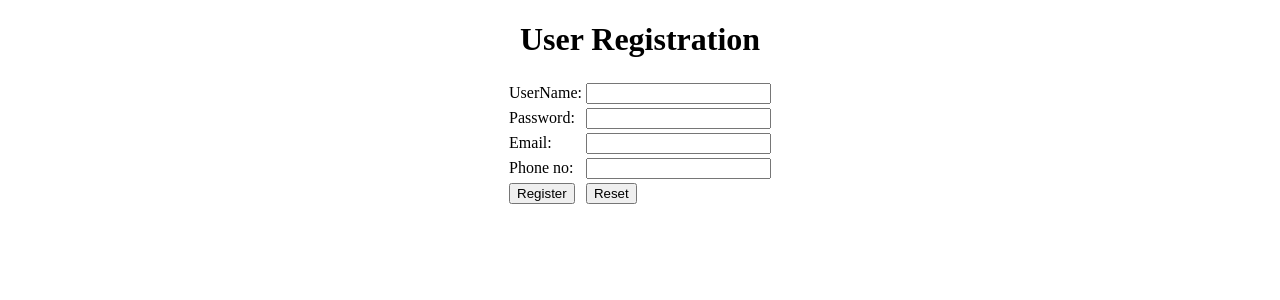
Repository: devalogi/login
Page: http://localhost/Registration/registration.jsp
An editor plug-in stored every save of this project. The page is shown before and after the next save, followed by the edit.
The browser window is 1280 px wide. The pictures show the whole page.
The page is served by Tomcat 9. Other server files are loaded and not shown.

Above is the page before, as saved 2023-09-29 15:20:11.

### Registration/src/main/webapp/registration.jsp
<%@ page language="java" contentType="text/html; charset=ISO-8859-1"
    pageEncoding="ISO-8859-1"%>
<!DOCTYPE html>
<html>
<head>
<meta charset="ISO-8859-1">
<title>Insert title here</title>
</head>
<body>
<div align=center>
<h1>User Registration</h1>
<form action=register method=post>
<table>
<tr><td>UserName:</td><td><input type="text" name="username"/></td></tr>
<tr><td>Password:</td><td><input type="password" name="userpass"/> </td></tr>
<tr><td>Email:</td><td><input type="password" name="email"/> </td></tr>
<tr><td>Phone no:</td><td><input type="password" name="phone no"/> </td></tr>
<tr><td><input type="submit" value="Register"/></td><td><input type="reset"></td></tr>
</table>
</form>
</div>
</body>
</html>

After the next save:
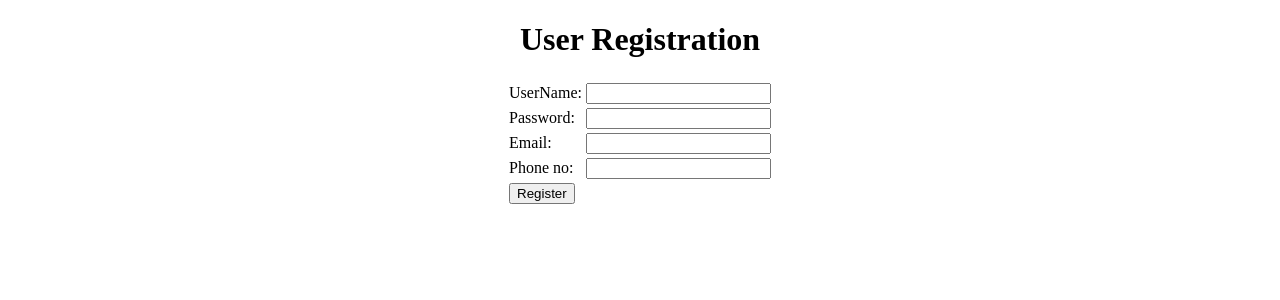
Saved 91 s later.
--- a/Registration/src/main/webapp/registration.jsp
+++ b/Registration/src/main/webapp/registration.jsp
@@ -15,7 +15,7 @@
 <tr><td>Password:</td><td><input type="password" name="userpass"/> </td></tr>
 <tr><td>Email:</td><td><input type="password" name="email"/> </td></tr>
 <tr><td>Phone no:</td><td><input type="password" name="phone no"/> </td></tr>
-<tr><td><input type="submit" value="Register"/></td><td><input type="reset"></td></tr>
+<tr><td><input type="submit" value="Register"/></td></tr>
 </table>
 </form>
 </div>
